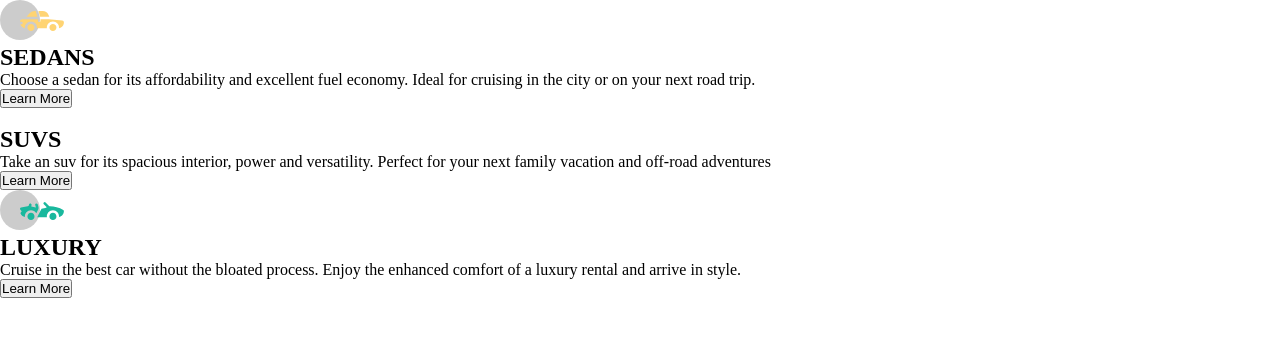
Repository: UnegbuAbigail/3-columns-cards
Page: index.html
The author's editor kept a copy of each file at every save. The page is drawn from the files as they stood at one save, then again after the next save.
The browser window is 1280 px wide. The pictures show the whole page.

Above is the page before, as saved 2024-08-03 12:25:27.

After the next save:
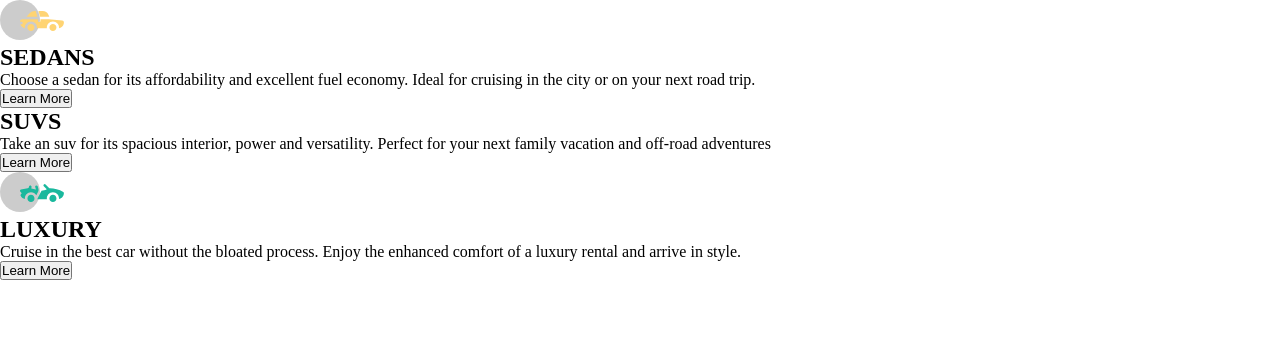
Saved 91 s later.
--- a/index.html
+++ b/index.html
@@ -18,7 +18,7 @@
              </div>
 
              <!-- card-2 -->
-              <img src="" alt="">
+
              <div>
                 <h2>SUVS</h2>
           <p>
